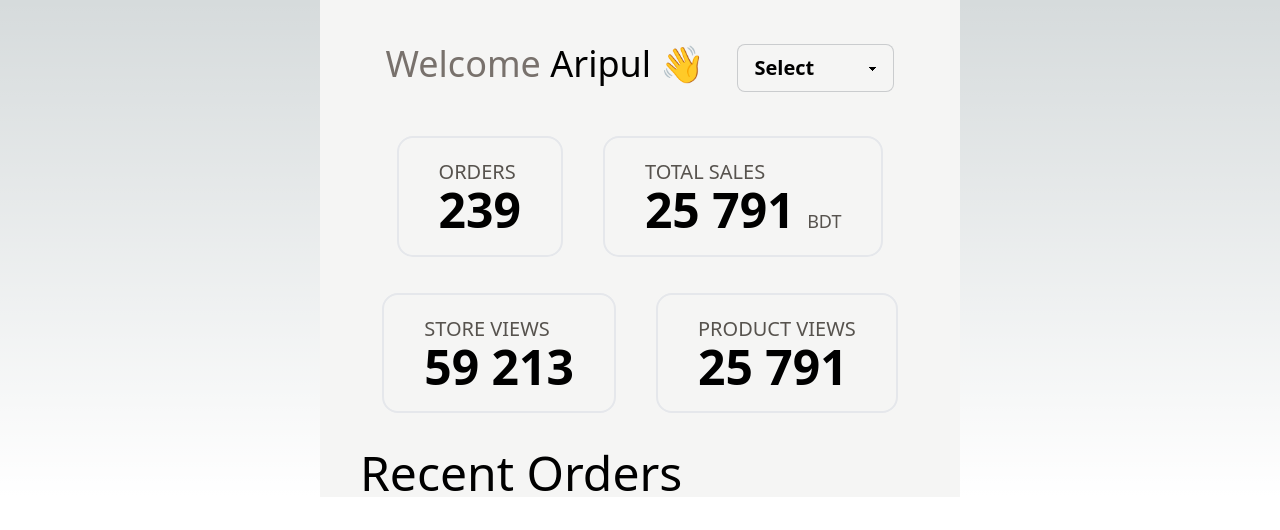
Repository: mehedi9465/nextapp
Page: /Dashboard
These files come from the project's save history. The page is drawn as it stood at one moment and after a run of saves; the edit follows.
The browser window is 1280 px wide. The pictures show the whole page.
The project was rebuilt for these pictures with package versions that can differ from the ones it lists, and the page was loaded fresh each time. The framework's server and built-in components were replaced by stand-ins that run in the browser. Also part of the build but not shown: next.config.js, Components/Navbar.js.

Above is the page before, as saved 2023-03-04 15:52:57.

### pages/Dashboard/index.js
import Navbar from "@/Components/Navbar";
import Link from "next/link";
import React from "react";

const index = () => {
  return (
    <>
      {/* <Navbar></Navbar> */}

      <div className="max-w-screen-sm mx-auto bg-stone-100 text-black overflow-hidden">
        <div className="flex justify-center py-2 my-9">
          <p className="text-4xl mx-4">
            <span className="text-stone-500">Welcome</span> Aripul 👋
          </p>
          <select className="select select-bordered text-xl max-w-xs bg-stone-100 outline-0 mx-4">
            <option disabled selected>
              Select
            </option>
            <option>Today</option>
            <option>Yesterday</option>
          </select>
        </div>
        <div className="flex justify-center my-9">
          <div className="border-2 rounded-2xl justify-start mx-5 px-10 py-5">
            <p className="uppercase text-stone-600 font-normal text-xl">
              Orders
            </p>
            <p className="text-5xl font-bold">239</p>
          </div>
          <div className="border-2 rounded-2xl justify-start mx-5 px-10 py-5 text-left">
            <p className="uppercase text-stone-600 font-normal text-xl">
              Total Sales
            </p>
            <p className="text-5xl font-bold">
              25 791{" "}
              <span className="text-stone-600 font-medium text-lg">BDT</span>
            </p>
          </div>
        </div>
        <div className="flex justify-center my-9">
          <div className="border-2 rounded-2xl justify-start mx-5 px-10 py-5">
            <p className="uppercase text-stone-600 font-normal text-xl">
              Store views
            </p>
            <p className="text-5xl font-bold">59 213</p>
          </div>
          <div className="border-2 rounded-2xl justify-start mx-5 px-10 py-5 text-left">
            <p className="uppercase text-stone-600 font-normal text-xl">
              Product views
            </p>
            <p className="text-5xl font-bold">25 791</p>
          </div>
        </div>
        <div>
          <h1 className="text-5xl mx-10">Recent Orders</h1>
        </div>
      </div>
    </>
  );
};

export default index;

Loaded but not shown: pages/_app.js (common file); pages/_document.js (common file); styles/globals.css (common file); tailwind.config.js (common file)

After the next 4 saves:
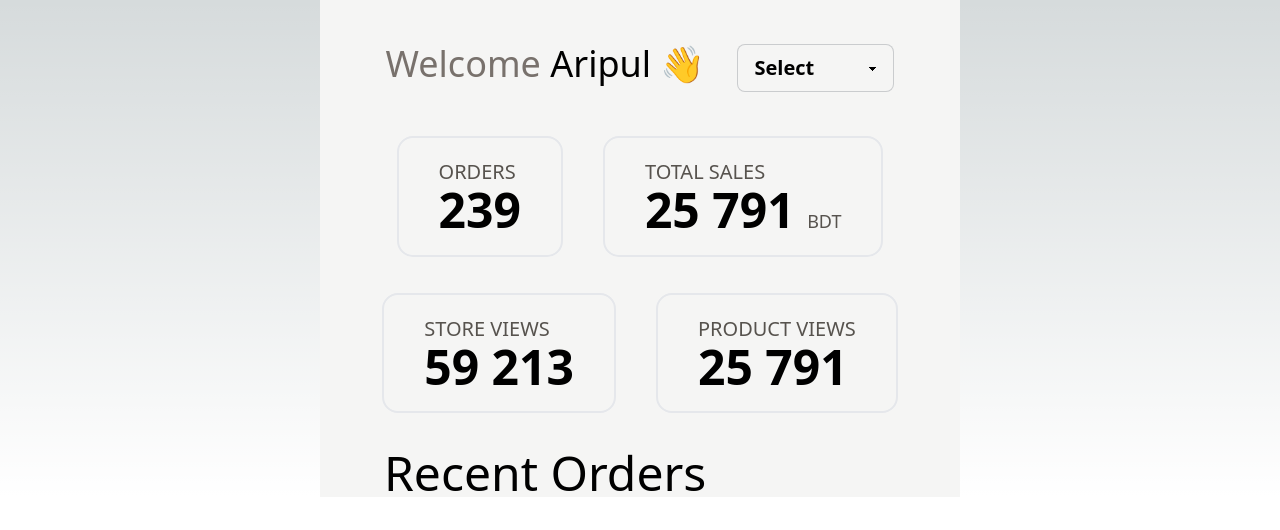
The 4 saves are shown as one change because they came seconds apart.
The last was saved 13 s later.
--- a/pages/Dashboard/index.js
+++ b/pages/Dashboard/index.js
@@ -52,7 +52,7 @@ const index = () => {
           </div>
         </div>
         <div>
-          <h1 className="text-5xl mx-10">Recent Orders</h1>
+          <h1 className="text-5xl mx-16">Recent Orders</h1>
         </div>
       </div>
     </>
